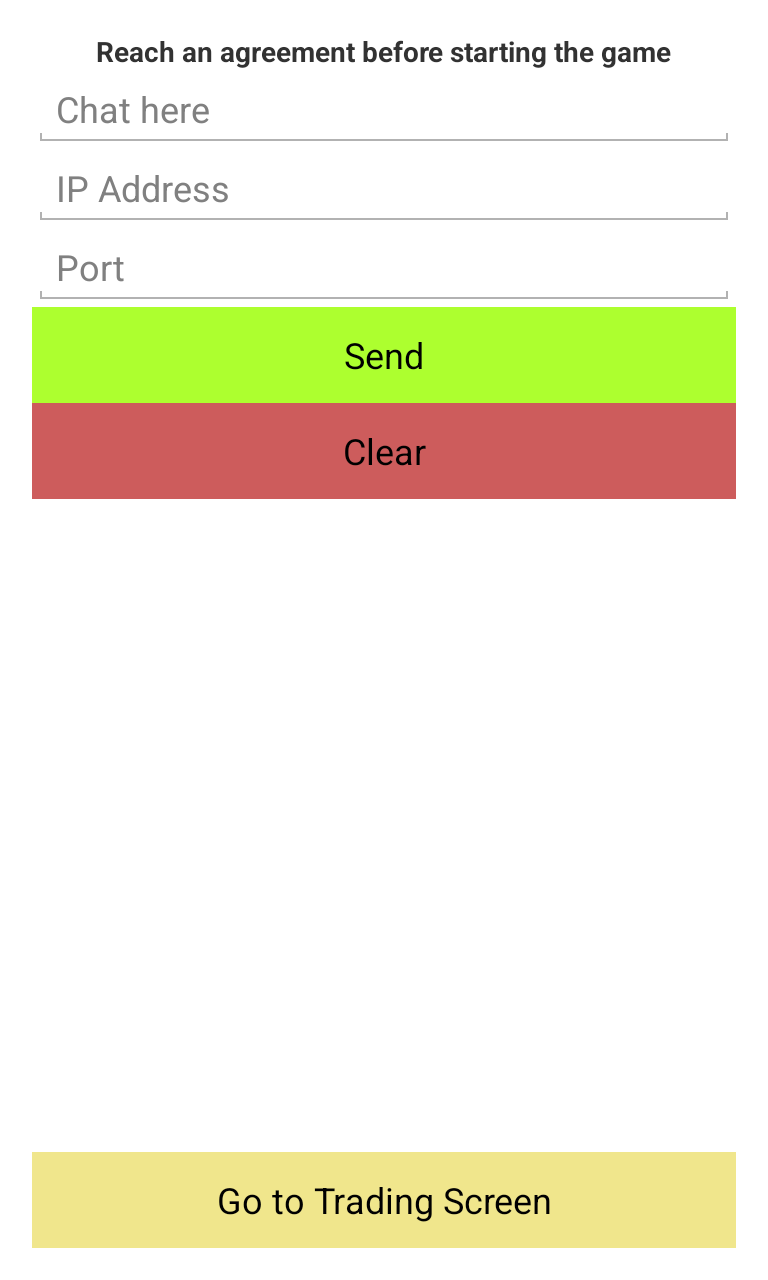
Repository: nidafarooqui/Trading-Game-Version-3
Layout: TaikunClient/res/layout/activity_client.xml
These files come from the project's save history. The layout is drawn as it stood at one moment and after the next save; the edit follows.
It is drawn on a 768 x 1280 px phone screen (xhdpi) without system bars, with theme AppTheme; the app's code is not run.

Above is the layout before, as saved 2014-08-17 22:35:47.

After the next save:
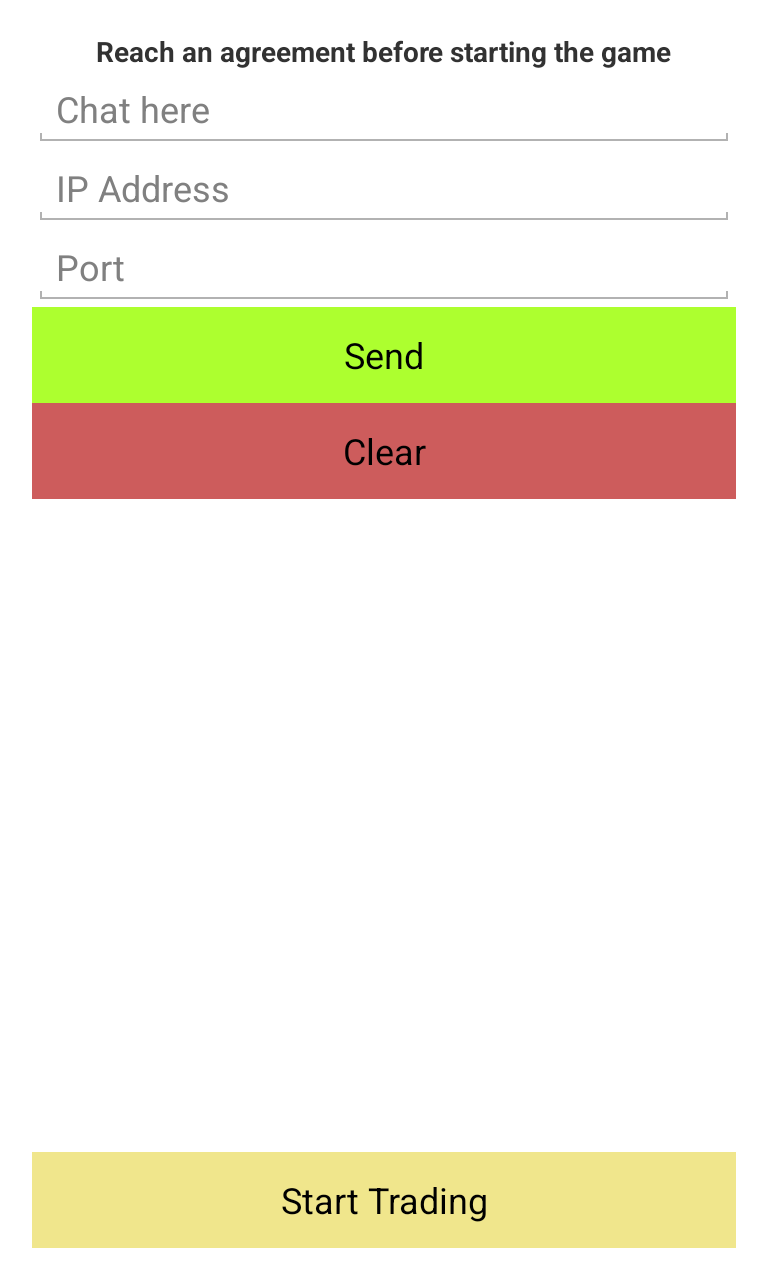
Saved 43 s later.
--- a/TaikunClient/res/layout/activity_client.xml
+++ b/TaikunClient/res/layout/activity_client.xml
@@ -68,6 +68,6 @@
  	    android:layout_width="match_parent"
  	    android:layout_height="wrap_content"
  	    android:background="@color/khaki"
- 	    android:text="Go to Trading Screen" />
+ 	    android:text="Start Trading" />
 
 </LinearLayout>
